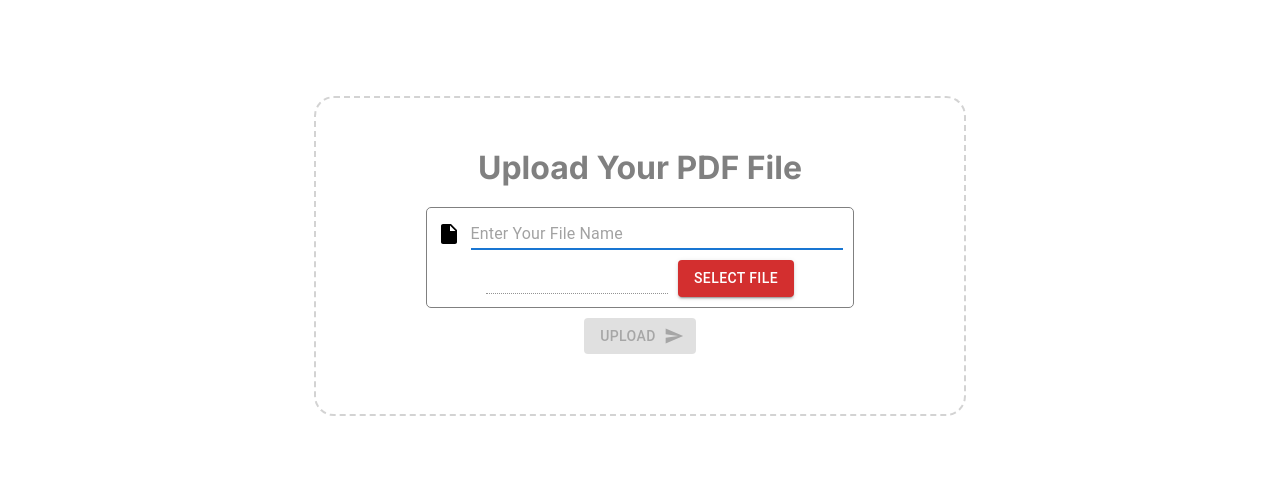
Repository: BhushanPatil-121/pdf-upload-nextjs
Page: /
An editor plug-in stored every save of this project. The page is shown before and after the next save, followed by the edit.
The browser window is 1280 px wide. The pictures show the whole page.
The project was rebuilt for these pictures with package versions that can differ from the ones it lists, and the page was loaded fresh each time. The framework's server and built-in components were replaced by stand-ins that run in the browser. Also part of the build but not shown: next.config.mjs.

Above is the page before, as saved 2024-02-29 11:07:09.

### src/app/page.tsx
"use client"
import styles from "./page.module.css";
import { styled } from '@mui/material/styles';
import Button from '@mui/material/Button';
import CloudUploadIcon from '@mui/icons-material/CloudUpload';
import { useState } from 'react';
import { Alert, Box, Stack, TextField } from "@mui/material";
import InsertDriveFileIcon from '@mui/icons-material/InsertDriveFile';
import SendIcon from '@mui/icons-material/Send';
import LoadingButton from '@mui/lab/LoadingButton';
import { CloudDownload } from "@mui/icons-material";

const VisuallyHiddenInput = styled('input')({
  clip: 'rect(0 0 0 0)',
  clipPath: 'inset(50%)',
  height: 1,
  overflow: 'hidden',
  position: 'absolute',
  bottom: 0,
  left: 0,
  whiteSpace: 'nowrap',
  width: 1,
});

export default function Home() {
  const [loading, setLoading] = useState(false);
  const [uploading, setUploding] = useState(false);
  const [fileName, setFileName] = useState<string>("")
  const [defaultFileName, setDefaultFileName] = useState<string>("")
  const [file, setFile] = useState<string>("")
  function handleClick(e: any) {
    setLoading(true);
    setTimeout(() => setLoading(false), 3000);
    setTimeout(() => {
      setUploding(true)
      setFileName("")
      setFile("")
    }, 3000);
    setTimeout(() => setUploding(false), 6000);
    e.preventDefault();
    let formData = new FormData();
    formData.append('filename', fileName);
    formData.append('file', file);
    console.log(fileName, file);
  }
  return (
    <main className={styles.main}>
      <div className={styles.mainContainer}>
        <h1 className={styles.mainHeading}>Upload Your PDF File</h1>
        <form className={styles.mainForm}>
          <div className={styles.mainFormContainer}>
            <div className={styles.mainFormSubContainer1}>
              <InsertDriveFileIcon />
              <Box sx={{width:'100%'}}>
              <TextField
                id="standard-basic"
                fullWidth
                placeholder="Enter Your File Name"
                value={fileName}
                autoFocus
                onChange={(e) => { setFileName(e.target.value) }}
                variant="standard" />
              </Box>
            </div>
            <div className={styles.mainFormSubContainer2}>
              <TextField
                id="standard-multiline-static"
                multiline
                rows={1}
                disabled
                full
                variant="standard"
                value={defaultFileName}
              />
              <Button
                component="label"
                role={undefined}
                variant="contained"
                tabIndex={-1}
                color={file ? "success" : "error"}
                onChange={(e: any) => {
                  setFile(e.target.files[0]);
                  setDefaultFileName(e.target.files[0].name);
                }}>Select file
                <VisuallyHiddenInput type="file" accept="application/pdf" />
              </Button>
            </div>
          </div>
          <LoadingButton
            onClick={handleClick}
            endIcon={<SendIcon />}
            loading={loading}
            disabled={fileName.length < 1}
            loadingPosition="end"
            variant="contained">
            {
              loading ? "Uploading..." : "Upload"
            }
          </LoadingButton>
        </form>
      </div>
      {
        uploading &&
        <Stack sx={{ width: '50%' }} spacing={2}>
          <Alert variant="filled" severity="success">
            File Upload Successfully
          </Alert>
        </Stack>
      }
    </main>
  );
}

### src/app/globals.css


* {
  box-sizing: border-box;
  padding: 0;
  margin: 0;
}

html,
body {
  max-width: 100vw;
  overflow-x: hidden;
}


a {
  color: inherit;
  text-decoration: none;
}

### src/app/page.module.css
.main {
  display: flex;
  flex-direction: column;
  justify-content: start;
  gap: 20px;
  align-items: center;
  padding: 6rem;
  min-height: 100vh;
}

.mainContainer {
  width: 60%;
  display: flex;
  flex-direction: column;
  justify-content: center;
  align-items: center;
  padding: 50px 100px;
  border-radius: 20px;
  border: dashed 2px lightgrey;
}

.mainHeading {
  color: grey;
}

.mainForm {
  display: flex;
  flex-direction: column;
  align-items: center;
  justify-content: center;
  width: 100%;
  padding: 10px;
  border-radius: 10px;
}

.mainFormContainer {
  display: flex;
  flex-direction: column;
  align-items: center;
  justify-content: center;
  width: 100%;
  height: 100%;
  border: 1px solid grey;
  border-radius: 5px;
  padding: 10px;
  gap: 10px;
  margin: 10px;
}

.mainFormSubContainer1 {
  display: flex;
  flex-direction: row;
  align-items: center;
  justify-content: center;
  gap: 10px;
  width: 100%;
}

.mainFormSubContainer2 {
  display: flex;
  flex-direction: row;
  align-items: center;
  justify-content: center;
  gap: 10px;
  width: 100%;

}

Loaded but not shown: src/app/layout.tsx (common file)

After the next save:
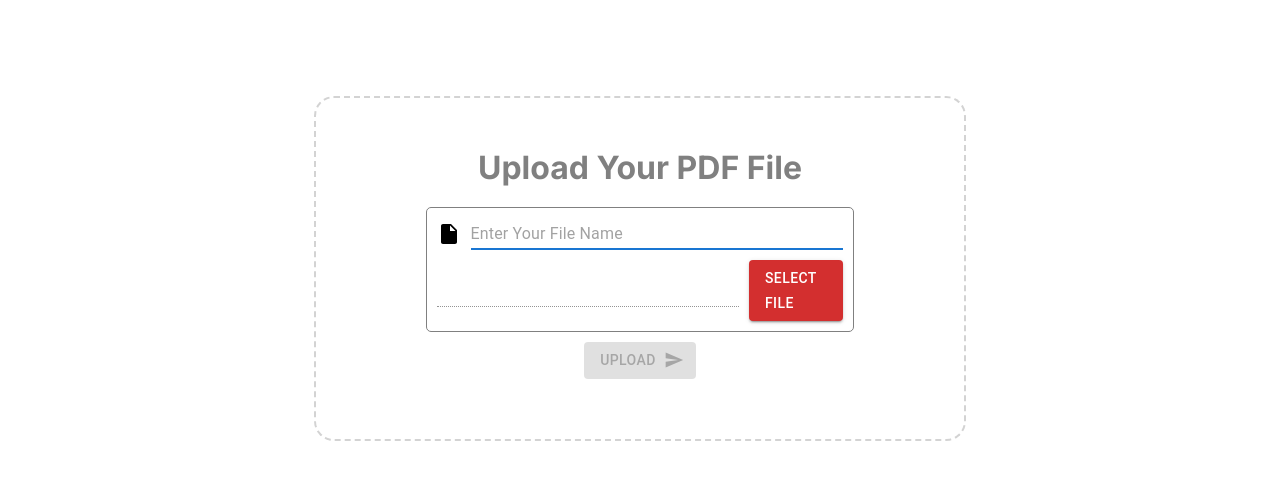
Saved 6 s later.
--- a/src/app/page.tsx
+++ b/src/app/page.tsx
@@ -68,7 +68,7 @@
                 multiline
                 rows={1}
                 disabled
-                full
+                fullWidth
                 variant="standard"
                 value={defaultFileName}
               />

After the save that followed:
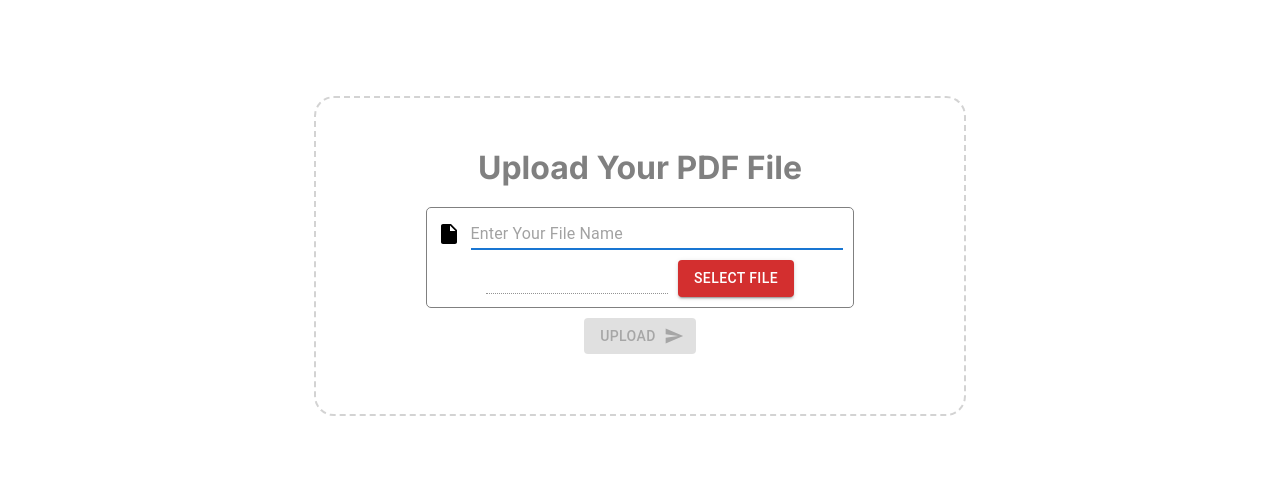
Saved 7 s later.
--- a/src/app/page.tsx
+++ b/src/app/page.tsx
@@ -68,7 +68,6 @@
                 multiline
                 rows={1}
                 disabled
-                fullWidth
                 variant="standard"
                 value={defaultFileName}
               />
